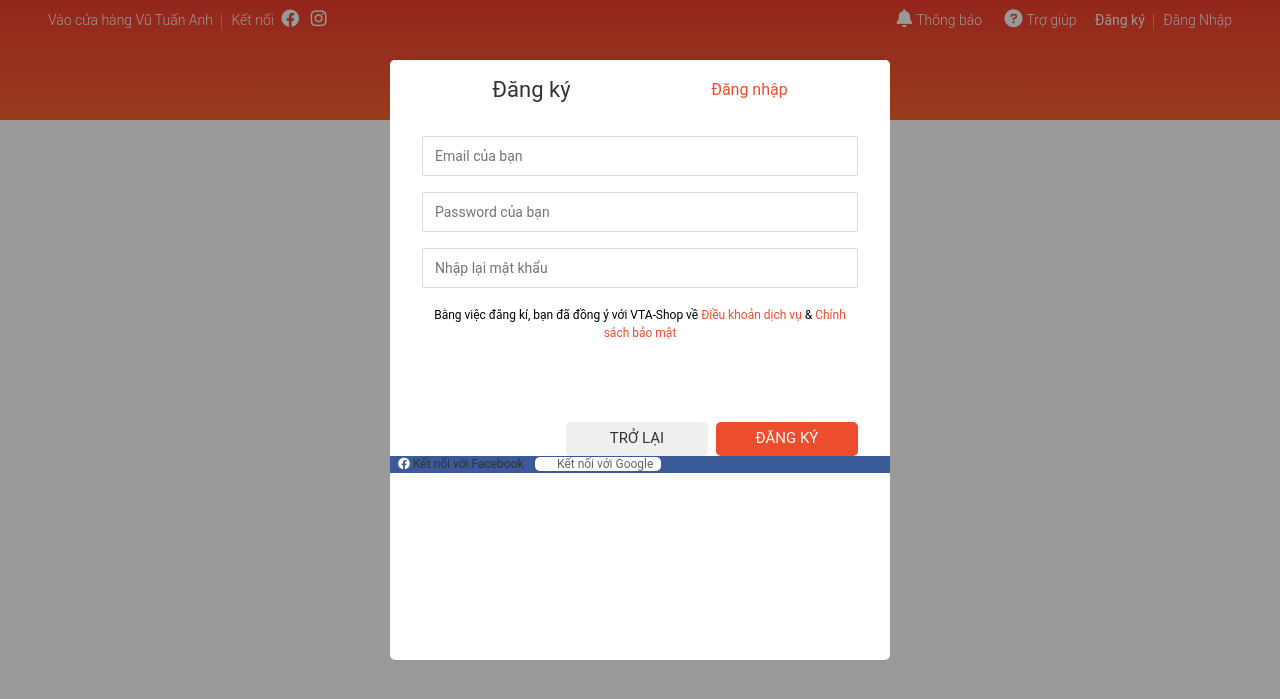
Repository: VuTuanAnh0949/Shopee
Page: index.html
These files come from the project's save history. The page is drawn as it stood at one moment and after the next save; the edit follows.
The browser window is 1280 px wide. The pictures show the whole page.

Above is the page before, as saved 2022-02-15 11:08:22.

### index.html
<!DOCTYPE html>
<html lang="en">

<head>
    <meta charset="UTF-8" />
    <meta http-equiv="X-UA-Compatible" content="IE=edge" />
    <meta name="viewport" content="width=device-width, initial-scale=1.0" />
    <title>Shopee</title>
    <link rel="stylesheet" href="https://cdnjs.cloudflare.com/ajax/libs/normalize/8.0.1/normalize.min.css" />
    <link rel="stylesheet" href="./assets/css/base.css" />
    <link rel="stylesheet" href="./assets/css/main.css" />
    <link rel="stylesheet" href="./assets/fonts/fontawesome-free-6.0.0-web/css/all.min.css">
    <link rel="stylesheet" href="https://fonts.googleapis.com/css?family-Roboto:300, 400, 500,78
0&display=swap&subset=vietnamese" rel="stylesheet" />

</head>

<body>
    <!-- Block Element Modifier -->
    <div class="app">
        <header class="header">
            <div class="grid">
                <nav class="header__navbar">
                    <ul class="header__navbar-list">
                        <li class="header__navbar-item header__navbar-item--has-qr header__navbar-item--separate">Vào cửa hàng Vũ Tuấn Anh
                            <div class="header__qr">
                                <img src="./assets/img/QR_code.png" alt="QR Code" class="header__qr-img">
                                <div class="header__qr-apps">
                                    <a href="" class="header__qr-link"><img src="./assets/img/Google_Play.png" alt="Google Play" class="header__qr-dowload-img">
                                    </a>
                                    <img src="./assets/img/App_store.png" alt="App Store" class="header__qr-dowload-img">
                                </div>
                            </div>
                        </li>
                        <li class="header__navbar-item">
                            <span class="header__navbar-title--no-pointer">Kết nối</span>
                            <a href="" class="header__navbar-icon-link"><i class="header__navbar-icon fa-brands fa-facebook"></i></a>
                            <a href="" class="header__navbar-icon-link"><i class="header__navbar-icon fa-brands fa-instagram"></i></a>
                        </li>
                    </ul>

                    <ul class="header__navbar-list">
                        <li class="header__navbar-item header__navbar-item--has-notification">
                            <a href="" class="header__navbar-item-link"><i class="header__navbar-icon fa-solid fa-bell"></i>Thông báo</a>
                            <div class="header__notification">
                                <header class="header__notification-header">
                                    <h3>Thông báo mới nhận</h3>
                                </header>
                                <ul class="header__notification-list">
                                    <li class="header__notification-item header__notification-viewed">
                                        <a href="" class="header__notification-link">
                                            <img src="https://cf.shopee.vn/file/a2344384834f0903b232953bf8e1d283_tn" alt="" class="header__notification-img">
                                            <div class="header__notification-info">
                                                <span class="header__notification-name">Bàn Phím cơ chính hãng K400-Đen</span>
                                                <span class="header__notification-descriotion">Bàn phím cơ máy tính gaming K550 Pro full Led 7 chế độ hiệu ứng là mẫu bàn phím phù hợp cho văn phòng và game thủ</span>
                                            </div>
                                        </a>
                                    </li>
                                    <li class="header__notification-item">
                                        <a href="" class="header__notification-link">
                                            <img src="https://cf.shopee.vn/file/fbd0d6cd59ae0c260cbdd8d2bdccbe06_tn" alt="" class="header__notification-img">
                                            <div class="header__notification-info">
                                                <span class="header__notification-name">Bàn phím cơ chính hãng K400-Trắng xanh 1</span>
                                                <span class="header__notification-descriotion">Bàn phím cơ máy tính gaming K550 Pro full Led 7 chế độ hiệu ứng là mẫu bàn phím phù hợp cho văn phòng và game thủ</span>
                                            </div>
                                        </a>
                                    </li>
                                    <li class="header__notification-item ">
                                        <a href="" class="header__notification-link">
                                            <img src="https://cf.shopee.vn/file/26989c24e549299dcfb324055082c553" alt="" class="header__notification-img">
                                            <div class="header__notification-info">
                                                <span class="header__notification-name">Bàn phím cơ chính hãng K400-Trắng xanh 2</span>
                                                <span class="header__notification-descriotion">>Bàn phím cơ máy tính gaming K550 Pro full Led 7 chế độ hiệu ứng là mẫu bàn phím phù hợp cho văn phòng và game thủ</span>
                                            </div>
                                        </a>
                                    </li>
                                </ul>
                                <div class="footer header__notification-footer">
                                    <a href="" class="header__notification-footer-btn">Xem tất cả</a>


                                </div>
                            </div>
                        </li>
                        <li class="header__navbar-item">
                            <a href="" class="header__navbar-item-link"><i class="header__navbar-icon fa-solid fa-circle-question"></i>Trợ giúp</a>
                        </li>
                        <li class="header__navbar-item header__navbar-item--strong header__navbar-item--separate">Đăng ký</li>
                        <li class="header__navbar-item header__navbar-ite--strong"> Đăng Nhập</li>
                    </ul>
                </nav>
            </div>
        </header>
        <div class="container">

        </div>
        <footer class="footer">

        </footer>
    </div>
    <!-- Modal layout -->
    <div class="modal">
        <div class="modal__overlay"></div>

        <div class="modal__body">

            <!-- Authen form -->
            <div class="auth-form">
                <div class="auth-form__container">
                    <div class="auth-form__container"></div>
                    <div class="auth-form__header">
                        <h3 class="auth-form__heading">Đăng ký</h3>
                        <span class="auth-form__switch-btn">Đăng nhập</span>
                    </div>
                    <div class="auth-form__form">
                        <div class="auth-form__group">
                            <input type="text" class="auth-form__input" placeholder="Email của bạn">
                        </div>
                        <div class="auth-form__group">
                            <input type="password" class="auth-form__input" placeholder="Password của bạn">
                        </div>
                        <div class="auth-form__group">
                            <input type="password" class="auth-form__input" placeholder="Nhập lại mật khẩu ">
                        </div>
                    </div>
                    <div class="auth-form__aside">
                        <p class="auth-form__policy-text">
                            Bằng việc đăng kí, bạn đã đồng ý với VTA-Shop về
                            <a href="" class="auth-form__text-link">Điều khoản dịch vụ</a> &
                            <a href="" class="auth-form__text-link">Chính sách bảo mật</a>
                        </p>
                    </div>
                    <div class="auth-form__controls">
                        <button class="btn btn--normal auth-form__controls-back ">TRỞ LẠI</button>
                        <button class="btn btn--primary">ĐĂNG KÝ</button>
                    </div>
                </div>
                <div class="auth-form__socials--facebook">
                    <a href="" class="btn btn--size-s btn--with-icon">
                        <i class="auth-form__socials-icon fa-brands fa-facebook"></i>
                        <span class="auth-form__socials-title">
                            Kết nối với Facebook
                        </span>
                    </a>
                    <a href="" class="auth-form__socials--google btn btn--size-s btn--with-icon">
                        <i class="auth-form__socials-icon fa-brands fa-google"></i>
                        <span class="auth-form__socials-title">
                            Kết nối với Google
                        </span>
                    </a>
                </div>
            </div>
        </div>
    </div>
</body>

</html>

### assets/css/base.css
:root {
  --primary-color:#EE4D2D;
  --white-color: #fff;
  --black-color: #000;
  --text-color: #333;
  --border-color:#dbdbdb;
}
* {
  box-sizing: inherit;
}
html {
  font-size: 62.5%;
  line-height: 1.6rem;
  font-family: "Roboto", sans-serif;
  box-sizing: border-box;
}
.grid {
  width: 1200px;
  max-width: 100%;
  margin: 0 auto;
}
.grid__full-width {
  width: 100%;
}
.grid__row {
  display: flex;
  flex-wrap: wrap;
}
/* Animation */
@keyframes fadeIn{
  from{
    opacity: 0;
  }to{
    opacity: 1;
  }
}
/* Modal */
.modal{
  position: fixed;
  top: 0;
  right: 0;
  bottom: 0;
  left: 0;
  display: flex;
}
.modal__overlay{
  position: absolute;
  width: 100%;
  height: 100%;
  background-color: rgba(0,0,0,0.4);
}
.modal__body{
  width: 500px;
  height: 600px;
  background-color: var(--white-color);
  border-radius: 5px;
  margin: auto;
  position: relative;
  z-index: 1;  /* để cho modal nổi lên */
}
/* Button style */
.btn{
  min-width: 142px;
  height: 34px;
  text-decoration: none;
  border:none ;
  border-radius: 5px;
  font-size: 1.5rem;
  padding:0 12px;
  outline: none;
  cursor: pointer;
  color: var(--text-color);
  align-items: center;
 justify-content: center;
}
.btn.btn--normal:hover{
  background-color: rgba(0,0,0,0.05);
}
.btn.btn--size-s{
  height: 32px;
  font-size: 12px;
  padding:0 8px;
}
/* .. dùng để css 1 element có 2 class */
.btn.btn--primary{
  color: var(--white-color);
  background-color: var(--primary-color);
  }
.btn.btn-disabled{
  color: #949494;
  cursor: default;
  background-color: #c3c3c3;
}

### assets/css/main.css
.header{
height: 120px;
background-image:linear-gradient(0, #fe6433, #f53e2d) ;
}
.header__navbar{
  display: flex;
  justify-content: space-between;
}
.header__navbar-list{
list-style: none;
padding-left: 0;
margin-top: 9px;
}
.header__navbar-item{
  margin: 0 8px;
  position: relative;
  min-height: 26px;
}
.header__navbar-item--has-qr:hover .header__qr{
  display: block;
}
.header__navbar-item--has-notification:hover .header__notification{
  display: block;
}
.header__navbar-item,
.header__navbar-item-link{
  display:inline-block;
  font-size: 1.4rem;
  color:var(--white-color);
  text-decoration: none;
  font-weight: 300;
}
.header__navbar-item,
.header__navbar-item-link,
.header__navbar-icon-link{
/*   display: flex; */
  align-items: center;
}
.header__qr::before{
  position: absolute;
  left: 0;
  top: -16px;
  width: 100%;
  height: 20px;
  content: "";
  display: block;

}
.header__navbar-item:hover,
.header__navbar-icon-link:hover,
.header__navbar-item-link:hover{
  cursor: pointer;
  color: rgba(255,255,255,0.7);
}
.header__navbar-item--strong{
  font-weight: 400;
}
.header__navbar-item--separate::after{
  content: "";
  display: block;
  position: absolute;
border-left: 1px solid #FB9086;
height: 16px;
right: -9px;
top: 37%;
transform: translateY(-50%);
}
.header__navbar-icon-link{
  color: var(--white-color);
  text-decoration: none;
}
.header__navbar-icon{
  font-size: 1.8rem;
  margin: 0 4px;
}
.header__navbar-title--no-pointer{
  cursor: text;
  color: var(--white-color);
  text-decoration: none;
}
/* Header QR code */
.header__qr{
  width: 180px;
background-color: var(--white-color);
position: absolute;
left: 0;
top: 100%;
padding: 8px;
border-radius: 5px;
display: none;
animation: fadeIn ease-in 0.3s;
}
.header__qr-img{
width: 100%;
}
.header__qr-apps{
display: flex;
justify-content: space-between;
}
.header__qr-link:nth-child(1){
  margin-left: 11px;
}
.header__qr-link:nth-child(2){
  margin-right: 15px;
}
.header__qr-dowload-img{
  height: 16px;
}
/* header__notification */
.header__notification{
position: absolute ;
top: 27px;
right: 0;
width: 404px;
background-color: var(--white-color);
border-radius: 5px;
border: 1px solid #D3D3D3;
cursor: default;
transform-origin:90% top;
animation:  headerNotificationGrowth ease-in 0.2s;
will-change: opacity, transform;
display: none;
}
.header__notification::before{
content: "";
border-width:20px 30px ;
border-style: solid;
/* Tạo một lớp giá */
border-color:transparent transparent var(--white-color) transparent;
position: absolute;
right: 6px;
top: -30px;
}
/* Giúp di chuột vào quả chuông cạnh nút thông báo không bị mất list thông báo */
.header__notification::after{
  content: "";
  display: block;
  position: absolute;
  height: 20px;
  width: 90px;
  top: -16px;
  right: 0;
 }
@keyframes headerNotificationGrowth{
  from{
    opacity: 0;
    transform: scale(0);
  }to{
    opacity: 1;
    transform: scale(1);
  }
}
.header__notification-header{
  height: 40px;
  background-color: var(--white-color);
  border-radius: 5px;
}
.header__notification-header h3{
  color: #999;
  margin: 0 0 0 12px;
  width: 400;
  font-size: 1.4rem;
  line-height: 40px;
  user-select: none;  /* không cho coppy */
}
.header__notification-list{
padding-left: 0;
}
.header__notification-item{
display: flex;

}
.header__notification-item:hover{
  background-color: #f7f7f7
}
.header__notification-viewed{
  background-color: rgba(238,75,43,0.08);

}
.header__notification-link{
  display: flex;
  width: 100%;
  padding: 12px;
  text-decoration: none;
}
.header__notification-img{
width: 48px;
object-fit: contain;
}
.header__notification-info{
margin-left: 12px;
}
.header__notification-name{
display: block;
font-size: 1.4rem;
color: var(--text-color);
font-weight: 400px;
line-height: 1.8rem;
}
.header__notification-descriotion{
display: block;
font-size: 1.2rem;
line-height: 1.6rem;
color: #765F6E;
margin-top: 4px;
}
.header__notification-footer{
 display: flex;
}
.header__notification-footer-btn{
  text-decoration: none;
  color:var(--text-color);
  width: 100%;
  padding: 8px 0;
  margin: auto;
  font-size: 1.4rem;
  font-weight: 400;
  text-align: center;
}
/* Authen modal */
.auth-form{
  width: 500px;
  background-color: var(--white-color);
  border-radius: 5px;
}
.auth-form__container{
  padding: 0 32px;
}
.auth-form__header{
  display: flex;
  align-items: center;
  justify-content: space-around;
}
.auth-form__heading{
  font-size: 2.2rem;
  font-weight:400;
  color: var(--text-color);
}
.auth-form__switch-btn{
  font-size: 1.6rem;
  font-weight:400;
  color: var(--primary-color);
  cursor: pointer;
}
.auth-form__form{
}
.auth-form__input{
  width: 100%;
  height: 40px;
  margin-top: 16px;
  padding: 0 12px;
  font-size: 1.4rem;
  border: 1px solid var(--border-color);
  outline: none;
}
/*Dí chuột vào ô input => ô input nháy chuột  */
.auth-form__input:focus{
border-color: #777;
}
.auth-form__aside{
  margin-top: 18px;
}
.auth-form__policy-text{
  font-size: 1.2rem;
  line-height: 1.8rem;
  text-align: center;
  padding: 0 3px;
}
.auth-form__text-link{
  color: var(--primary-color);
  text-decoration: none;
}
.auth-form__controls{
  margin-top: 80px;
  display: flex;
  justify-content: flex-end;
}
.auth-form__controls-back{
  margin-right: 8px;
}
.auth-form__socials{
 background-color: #F5F5F5;
 padding: 16px 36px;
 display: flex;
 justify-content: space-between;
 margin-top: 24px;
}
.auth-form__socials--facebook{
  color: var(--white-color);
  background-color:#3A5A98 ;
}
.auth-form__socials--facebook,
.auth-form__socials-icon{
color: var(--white-color);
}
.auth-form__socials-title{
  margin-top: 0 36px;
}
.auth-form__socials--google{
  color: #666;
  background-color: var(--white-color);
}

Loaded but not shown: assets/fonts/fontawesome-free-6.0.0-web/css/all.min.css (library)

After the next save:
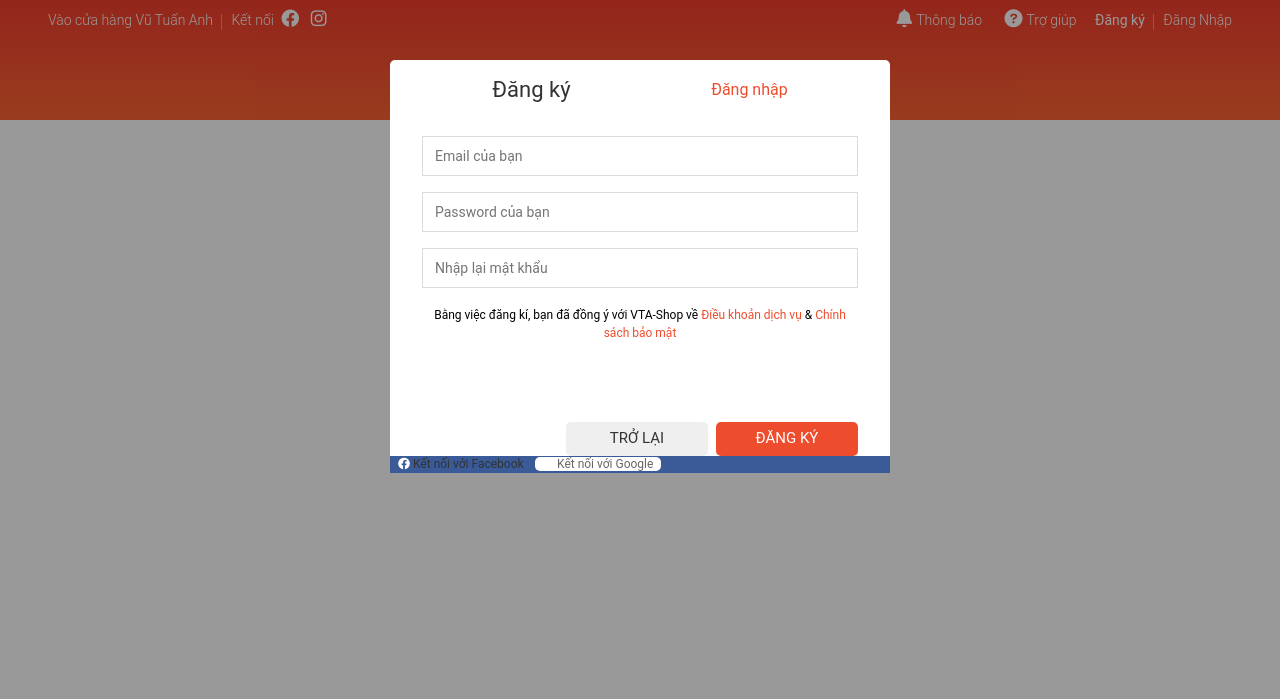
Saved 2 h 11 min later.
--- a/assets/css/base.css
+++ b/assets/css/base.css
@@ -52,8 +52,7 @@ html {
 .modal__body{
   width: 500px;
   height: 600px;
-  background-color: var(--white-color);
-  border-radius: 5px;
+
   margin: auto;
   position: relative;
   z-index: 1;  /* để cho modal nổi lên */
